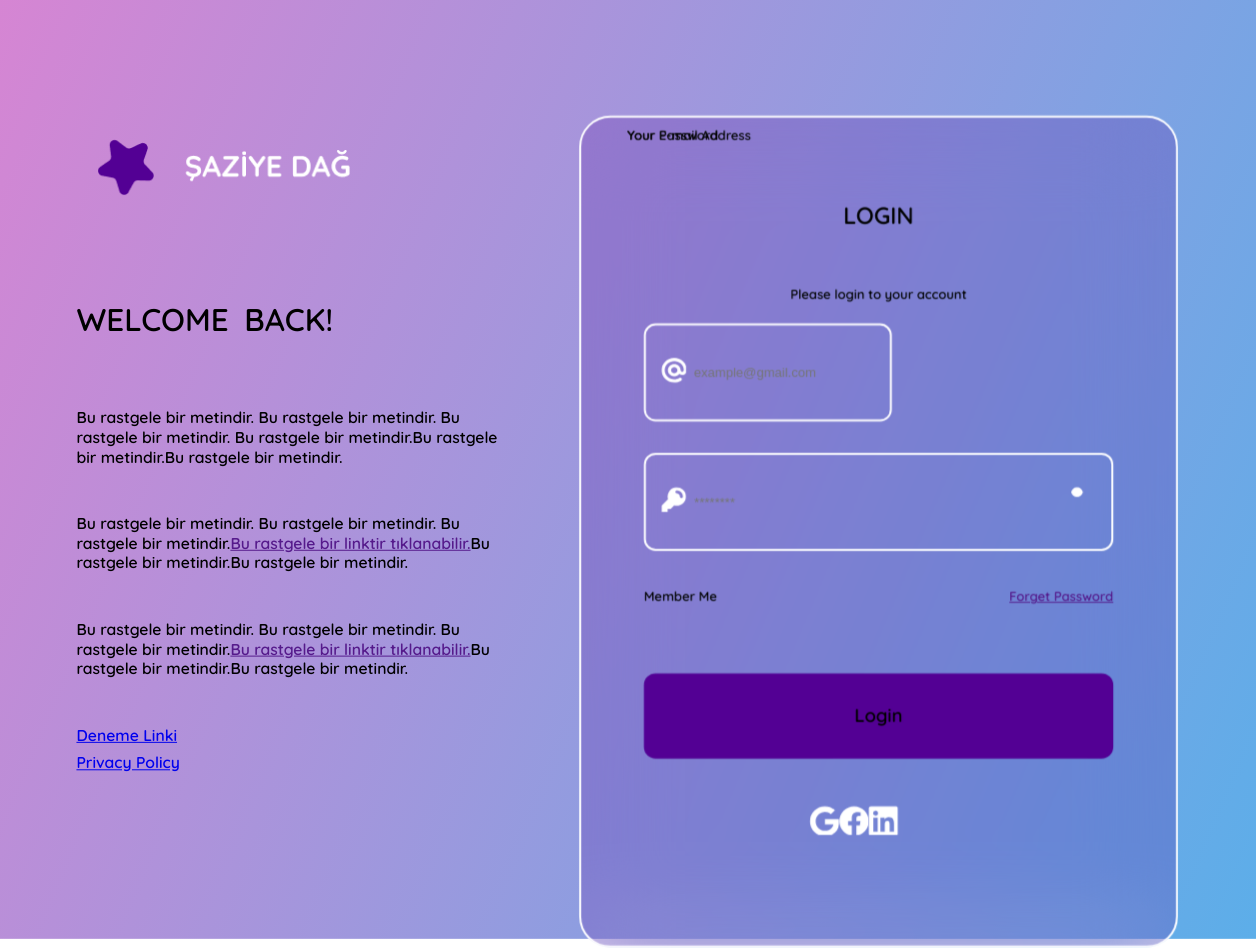
Repository: szydag/login
Page: /
These files come from the project's save history. The page is drawn as it stood at one moment and after the next save; the edit follows.
The browser window is 1280 px wide. The page is 1282 px wide, so the pictures cover 1282 px, including what lies to the right of the window. The pictures show the whole page, at 98% of full size.
The project was rebuilt for these pictures with package versions that can differ from the ones it lists, and the page was loaded fresh each time. Also part of the build but not shown: src/assets/svgr/unhiddenIcon/index.js.

Above is the page before, as saved 2023-10-29 20:50:47.

### src/index.js
import React from 'react';
import ReactDOM from 'react-dom/client';
import App from './app/index';
import {
    BrowserRouter
} from "react-router-dom";

const root = ReactDOM.createRoot(document.getElementById('root'));
root.render(
    <BrowserRouter>
        <App />
    </BrowserRouter>
);

### src/app/index.js
import LoginPage from "./pages/login";
import useStyles from "./style";

const App = () => {
    const classes = useStyles();
    return <div
        className={classes.main}
    >
        <LoginPage />
    </div>

};

export default App;

### src/app/pages/login/index.js
import React, { useEffect } from 'react'
import useStyles from './style';
import logo from './../../../assets/logo.png'
import MailIcon from './../../../assets/svgr/mailIcon/index.js'
import PasswordIcon from './../../../assets/svgr/passwordIcon/index.js'
import HiddenIcon from './../../../assets/svgr/hiddenIcon/index.js'
import UnhiddenIcon from './../../../assets/svgr/unhiddenIcon/index.js'
import GoogleIcon from './../../../assets/svgr/googleIcon/index.js'
import FacebookIcon from './../../../assets/svgr/facebookIcon/index.js'
import LinkedInIcon from './../../../assets/svgr/linkedInIcon/index.js'
const LoginPage = () => {

    const classes = useStyles();
    return <div
        className={classes.loginPage}
    >
        <div
            className={classes.promotionTexts}
        >
            <div
                className={classes.logo}
            >
                <img
                    src={logo}
                    alt=""
                />
            </div>
            <div
                className={classes.mainContent}
            >
                <div
                    className={classes.title}
                >
                    <h1>WELCOME</h1>
                    <h1>BACK!</h1>
                </div>
                <div
                    className={classes.contentText}
                >
                    <p>
                        Bu rastgele bir metindir. Bu rastgele bir metindir. Bu rastgele bir metindir. Bu rastgele bir metindir.Bu rastgele bir metindir.Bu rastgele bir metindir.
                    </p>
                    <p>
                        Bu rastgele bir metindir. Bu rastgele bir metindir. Bu rastgele bir metindir.
                        <a
                            href=""
                        >
                            Bu rastgele bir linktir tıklanabilir.
                        </a>
                        Bu rastgele bir metindir.Bu rastgele bir metindir.
                    </p>
                    <p>
                        Bu rastgele bir metindir. Bu rastgele bir metindir. Bu rastgele bir metindir.
                        <a
                            href=""
                        >
                            Bu rastgele bir linktir tıklanabilir.
                        </a>
                        Bu rastgele bir metindir.Bu rastgele bir metindir.
                    </p>
                </div>
                <div
                    className={classes.links}
                >
                    <a
                        href="

                    ">
                        Deneme Linki
                    </a>
                    <a
                        href="

                    ">
                        Privacy Policy
                    </a>
                </div>

            </div>
        </div>
        <div
            className={classes.loginArea}
        >
            <div
                className={classes.header}
            >
                <h2>LOGIN</h2>
                <h5>Please login to your account</h5>
            </div>
            <div
                className={classes.container}
            >
                <div
                    className={classes.loginMainContent}
                >
                    <div
                        className={classes.inputArea}
                    >
                        <div
                            className={classes.mailInput}
                        >

                            <div
                                className={classes.content}
                            >
                                <div
                                    className={classes.inputTitle}
                                >
                                    <h5>Your E-mail  Address</h5>
                                </div>
                                <MailIcon
                                    color='#ffffff'
                                    size={30}
                                />
                                <input
                                    className={classes.input}
                                    type="text"
                                    placeholder='example@gmail.com'
                                />
                            </div>
                        </div>
                        <div
                            className={classes.passwordInput}
                        >
                            <div
                                className={classes.content}
                            >
                                <div
                                    className={classes.inputTitle}
                                >
                                    <h5>Your Password</h5>
                                </div>
                                <PasswordIcon
                                    color='#ffffff'
                                    size={30}
                                />
                                <input
                                    className={classes.input}
                                    type="password"
                                    placeholder='********'
                                />
                                <HiddenIcon
                                    color='#ffffff'
                                    size={30}
                                />
                            </div>


                        </div>
                    </div>
                    <div
                        className={classes.passwordSettingsArea}
                    >
                        <div
                            className={classes.memberMeArea}
                        >
                            <h5>Member Me</h5>
                        </div>
                        <h5>
                            <a href="">
                                Forget Password
                            </a>
                        </h5>
                    </div>
                </div>
                <div
                    className={classes.loginButton}
                >
                    <h3>Login</h3>
                </div>
            </div>
            <div
                className={classes.accountSettings}
            >
                <div
                    className={classes.accountSettingsTitle}
                >

                </div>
                <div
                    className={classes.socialMediaIcons}
                >
                    <GoogleIcon
                        color='#ffffff'
                        size={30}
                    >
                    </GoogleIcon>
                    <FacebookIcon
                        color='#ffffff'
                        size={30}
                    >
                    </FacebookIcon>
                    <LinkedInIcon
                        color='#ffffff'
                        size={30}
                    >
                    </LinkedInIcon>
                </div>
                <div
                    className={classes.newAccountArea}
                >

                </div>
            </div>
        </div>
    </div>
}

export default LoginPage;

### src/app/style.js
import { createUseStyles } from "react-jss";

const useStyles = createUseStyles({
    "@font-face": [
        {
            fontFamily: "Quicksand-Bold",
            src: 'url("/public/assets/fonts/Quicksand-Bold.ttf")',
            fontStyle: "normal"
        },
        {
            fontFamily: "Quicksand-Light",
            src: 'url("/public/assets/fonts/Quicksand-Light.ttf")',
            fontStyle: "normal"
        },
        {
            fontFamily: "Quicksand-Medium",
            src: 'url("/public/assets/fonts/Quicksand-Medium.ttf")',
            fontStyle: "normal"
        },
        {
            fontFamily: "Quicksand-Regular",
            src: 'url("/public/assets/fonts/Quicksand-Regular.ttf")',
            fontStyle: "normal"
        },
        {
            fontFamily: "Quicksand-SemiBold",
            src: 'url("/public/assets/fonts/Quicksand-SemiBold.ttf")',
            fontStyle: "normal"
        }
    ],
    main: {
        fontFamily: "Quicksand-SemiBold",
        width: '100%',
        height: '100%',
    },
})
export default useStyles;

### src/app/pages/login/style.js

import { createUseStyles } from "react-jss";

const useStyles = createUseStyles({
    "@font-face": [
        {
            fontFamily: "Quicksand-Bold",
            src: 'url("/public/assets/fonts/Quicksand-Bold.ttf")',
            fontStyle: "normal"
        },
        {
            fontFamily: "Quicksand-Light",
            src: 'url("/public/assets/fonts/Quicksand-Light.ttf")',
            fontStyle: "normal"
        },
        {
            fontFamily: "Quicksand-Medium",
            src: 'url("/public/assets/fonts/Quicksand-Medium.ttf")',
            fontStyle: "normal"
        },
        {
            fontFamily: "Quicksand-Regular",
            src: 'url("/public/assets/fonts/Quicksand-Regular.ttf")',
            fontStyle: "normal"
        },
        {
            fontFamily: "Quicksand-SemiBold",
            src: 'url("/public/assets/fonts/Quicksand-SemiBold.ttf")',
            fontStyle: "normal"
        }
    ],
    h1: {
        fontFamily: 'Quicksand-SemiBold',
    },
    loginPage: {
        margin: "-10px",
        height: '100vh',
        display: 'flex',
        padding: '120px 80px',
        alignItems: 'flex-start',
        gap: '80px',
        background: 'linear-gradient(113deg, #B9A675 0%, #D685D3 0%, #5CAEE9 100%)',
    },
    promotionTexts: {
        width: '50%',
        display: 'flex',
        flexDirection: 'column',
        alignItems: 'flex-start',
        gap: '64px',
    },
    logo: {
        display: 'flex',
        alignItems: 'center',
        gap: '8px',
    },
    mainContent: {
        display: 'flex',
        flexDirection: 'column',
        justifyContent: ' center',
        alignItems: 'flex-start',
        gap: '32px',
    },
    title: {
        display: 'flex',
        alignItems: 'flex-start',
        gap: '16px',
    },
    contentText: {
        display: 'flex',
        flexDirection: 'column',
        alignItems: 'flex - start',
        gap: '16px',
    },
    links: {
        display: 'flex',
        flexDirection: 'column',
        alignItems: 'flex-start',
        gap: '8px',
    },
    loginArea: {
        width: '50%',
        display: 'flex',
        padding: '64px',
        flexDirection: 'column',
        justifyContent: 'center',
        alignItems: 'center',
        borderRadius: '32px',
        border: '2px solid #FFF',
        background: 'rgba(83, 0, 148, 0.20)',
        backdropFilter: 'blur(45px)',
    },
    header: {
        display: 'flex',
        flexDirection: 'column',
        alignItems: 'center',
        gap: '16px',
    },
    container: {
        display: 'flex',
        flexDirection: 'column',
        alignItems: 'flex-start',
        gap: '48px',
        alignSelf: 'stretch',
    },
    loginMainContent: {
        display: 'flex',
        flexDirection: 'column',
        justifyContent: 'center',
        alignItems: 'center',
        gap: '16px',
        alignSelf: 'stretch',
    },
    inputArea: {
        display: 'flex',
        flexDirection: 'column',
        alignItems: 'flex-start',
        gap: '32px',
        alignSelf: 'stretch',
    },
    mailInput: {
        display: 'flex',
        height: '64px',
        padding: '16px',
        flexDirection: 'column',
        justifyContent: 'center',
        alignItems: 'flex-start',
        borderRadius: '12px',
        border: '2px solid #FFF',
    },
    content: {
        width: '100%',
        height:'100%',
        display: 'flex',
        justifyContent: 'center',
        alignItems: 'center',
        gap: '6px',
    },
    input: {
        width: '100%',
        height:'100%',
        border: 'none',
        background: 'rgba(255, 255, 255, 0.00)',
        color: 'rgb(0, 0, 0)'
    },
    inputTitle: {
        display: 'flex',
        padding: '0px 10px',
        alignItems: 'center',
        gap: '10px',
        position: 'absolute',
        left: '37px',
        top: '-12px',
    },
    passwordInput: {
        display: 'flex',
        height: '64px',
        padding: '16px',
        justifyContent: 'space-between',
        alignItems: 'center',
        alignSelf: 'stretch',
        borderRadius: '12px',
        border: '2px solid #FFF',
    },
    passwordSettingsArea: {
        display: 'flex',
        justifyContent: 'space-between',
        alignItems: 'flex-start',
        alignSelf: 'stretch',
    },
    memberMeArea: {
        display: 'flex',
        alignItems: 'center',
        gap: '16px',
    },
    loginButton: {
        display: 'flex',
        padding: '13px 215px',
        justifyContent: 'center',
        alignItems: 'center',
        gap: '10px',
        alignSelf: 'stretch',
        borderRadius: '12px',
        background: '#530094',
    },
    accountSettings: {
        display: 'flex',
        flexDirection: 'column',
        alignItems: 'center',
        gap: '48px',
    },
    accountSettingsTitle: {
        display: 'flex',
        justifyContent: 'center',
        alignItems: 'center',
        gap: '8px',
    },
    socialMediaIcons: {
        width: '140px',
        height: '31.492px',
    },
    newAccountArea: {
        display: 'flex',
        justifyContent: 'center',
        alignItems: 'flex-start',
        gap: '16px',
    },
})
export default useStyles;

### src/assets/svgr/mailIcon/index.js
import * as React from "react"
const MailIcon = ({
    color = "#ffffff",
    size = 30,
    ...props
}) => {
    const pathScale = 30 / size;
    return <svg
        xmlns="http://www.w3.org/2000/svg"
        width={size}
        height={size}
        fill="none"
        {...props}
    >
        <path
            fill={color}
            transform={`scale(${1 / 1})`}
            d="M19.894 6.125c-3.807-3.661-9.98-3.661-13.788 0s-3.808 9.597 0 13.258c3.31 3.183 8.41 3.6 12.187 1.248.753-.47 1.759-.263 2.247.461.488.725.273 1.692-.48 2.161-5.038 3.138-11.837 2.586-16.252-1.66-5.077-4.881-5.077-12.796 0-17.678 5.076-4.881 13.308-4.881 18.384 0C24.73 6.355 26 9.558 26 12.755c0 2.588-2.183 4.687-4.875 4.687a4.982 4.982 0 0 1-2.925-.937c-1.186 1.517-3.074 2.5-5.2 2.5-3.59 0-6.5-2.799-6.5-6.25 0-3.453 2.91-6.25 6.5-6.25s6.5 2.797 6.5 6.25c0 .862.727 1.562 1.625 1.562s1.625-.7 1.625-1.563c0-2.402-.952-4.798-2.856-6.629Zm-3.644 6.63c0-1.727-1.455-3.126-3.25-3.126s-3.25 1.4-3.25 3.125c0 1.726 1.455 3.125 3.25 3.125s3.25-1.399 3.25-3.125Z"
        />
    </svg>
}
export default MailIcon

### src/assets/svgr/passwordIcon/index.js
import * as React from "react"
const PasswordIcon = ({
    color = "#ffffff",
    size = 30,
    ...props
}) => {
    const pathScale = 30 / size;
    return <svg
        xmlns="http://www.w3.org/2000/svg"
        width={size}
        height={size}
        fill="none"
        {...props}
    >
        <path
            fill={color}
            transform={`scale(${1 / 1})`}
            d="M25 9.63a9.375 9.375 0 0 1-12.098 8.972L9.375 22.13H6.25v3.125H0v-6.25l6.652-6.652A9.375 9.375 0 1 1 25 9.63Zm-9.375-6.25a1.563 1.563 0 0 0 0 3.124c1.726 0 3.125 1.4 3.125 3.125a1.563 1.563 0 0 0 3.125 0 6.25 6.25 0 0 0-6.25-6.25Z"
        />
    </svg>
}
export default PasswordIcon

### src/assets/svgr/hiddenIcon/index.js
import * as React from "react"
const HiddenIcon = ({
    color = "#ffffff",
    size = 30,
    ...props
}) => {
    const pathScale = 30 / size;
    return <svg
        xmlns="http://www.w3.org/2000/svg"
        width={size}
        height={size}
        fill="none"
        {...props}
    >
        <path
            fill={color}
            transform={`scale(${1 / 1})`}
            d="M0 5.03C.801 2.115 3.185 0 6 0s5.199 2.115 6 5.03c-.801 2.915-3.185 5.03-6 5.03S.801 7.945 0 5.03Zm8.515 0C8.515 6.617 7.39 7.904 6 7.904c-1.39 0-2.515-1.287-2.515-2.874C3.485 3.443 4.61 2.156 6 2.156c1.39 0 2.515 1.287 2.515 2.874Z"
        />
    </svg>
}
export default HiddenIcon

### src/assets/svgr/googleIcon/index.js
import * as React from "react"
const GoogleIcon = ({
    color = "#ffffff",
    size = 30,
    ...props
}) => {
    const pathScale = 30 / size;
    return <svg
        xmlns="http://www.w3.org/2000/svg"
        width={size}
        height={size}
        fill="none"
        {...props}
    >
        <path
            fill={color}
            transform={`scale(${1 / 1})`}
            d="M30.5 16.357c0 8.698-5.957 14.889-14.754 14.889A15.228 15.228 0 0 1 .5 16 15.228 15.228 0 0 1 15.746.754c4.106 0 7.561 1.506 10.223 3.99l-4.15 3.99C16.392 3.496 6.298 7.43 6.298 16c0 5.318 4.248 9.627 9.449 9.627 6.037 0 8.3-4.328 8.656-6.572h-8.656v-5.243H30.26c.142.78.24 1.53.24 2.545Z"
        />
    </svg>
}
export default GoogleIcon

### src/assets/svgr/facebookIcon/index.js
import * as React from "react"
const FacebookIcon = ({
    color = "#ffffff",
    size = 30,
    ...props
}) => {
    const pathScale = 30 / size;
    return <svg
        xmlns="http://www.w3.org/2000/svg"
        width={size}
        height={size}
        fill="none"
        {...props}
    >
        <path
            fill={color}
            transform={`scale(${1 / 1})`}
            d="M30.5 15.754c0-8.286-6.714-15-15-15s-15 6.714-15 15c0 7.487 5.485 13.692 12.656 14.819V20.09h-3.81v-4.336h3.81V12.45c0-3.759 2.238-5.835 5.666-5.835 1.641 0 3.358.293 3.358.293v3.689h-1.892c-1.863 0-2.444 1.156-2.444 2.343v2.815h4.16l-.666 4.336h-3.494v10.483C25.014 29.446 30.5 23.24 30.5 15.754Z"
        />
    </svg>
}
export default FacebookIcon

### src/assets/svgr/linkedInIcon/index.js
import * as React from "react"
const LinkedInIcon = ({
    color = "#ffffff",
    size = 30,
    ...props
}) => {
    const pathScale = 30 / size;
    return <svg
        xmlns="http://www.w3.org/2000/svg"
        width={size}
        height={size}
        fill="none"
        {...props}
    >
        <path
            fill={color}
            transform={`scale(${1 / 1})`}
            d="M28.357.754H2.637C1.456.754.5 1.725.5 2.917v25.674c0 1.192.958 2.163 2.136 2.163h25.721c1.179 0 2.143-.97 2.143-2.163V2.917c0-1.192-.964-2.163-2.143-2.163ZM9.567 26.468H5.121V12.151h4.453v14.317h-.007ZM7.344 10.196a2.58 2.58 0 0 1 0-5.156 2.584 2.584 0 0 1 2.578 2.578 2.575 2.575 0 0 1-2.578 2.578Zm18.89 16.272h-4.446v-6.964c0-1.66-.034-3.797-2.31-3.797-2.317 0-2.672 1.808-2.672 3.677v7.084h-4.447V12.151h4.266v1.956h.06c.596-1.125 2.05-2.31 4.212-2.31 4.5 0 5.337 2.966 5.337 6.823v7.848Z"
        />
    </svg>
}
export default LinkedInIcon

Loaded but not shown: public/index.html (common file)

After the next save:
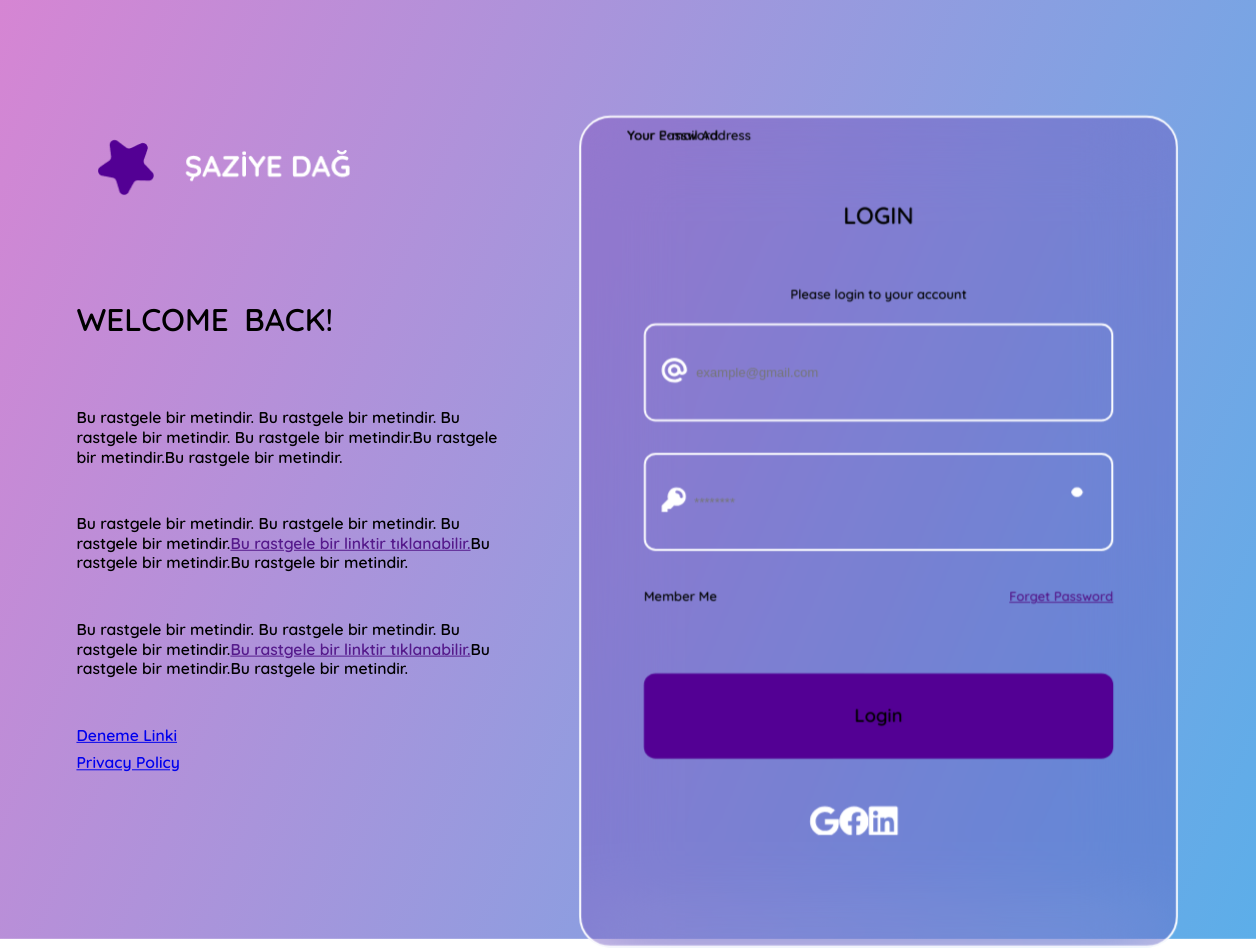
Saved 8 s later.
--- a/src/app/pages/login/style.js
+++ b/src/app/pages/login/style.js
@@ -124,6 +124,7 @@ const useStyles = createUseStyles({
         flexDirection: 'column',
         justifyContent: 'center',
         alignItems: 'flex-start',
+        alignSelf: 'stretch',
         borderRadius: '12px',
         border: '2px solid #FFF',
     },
